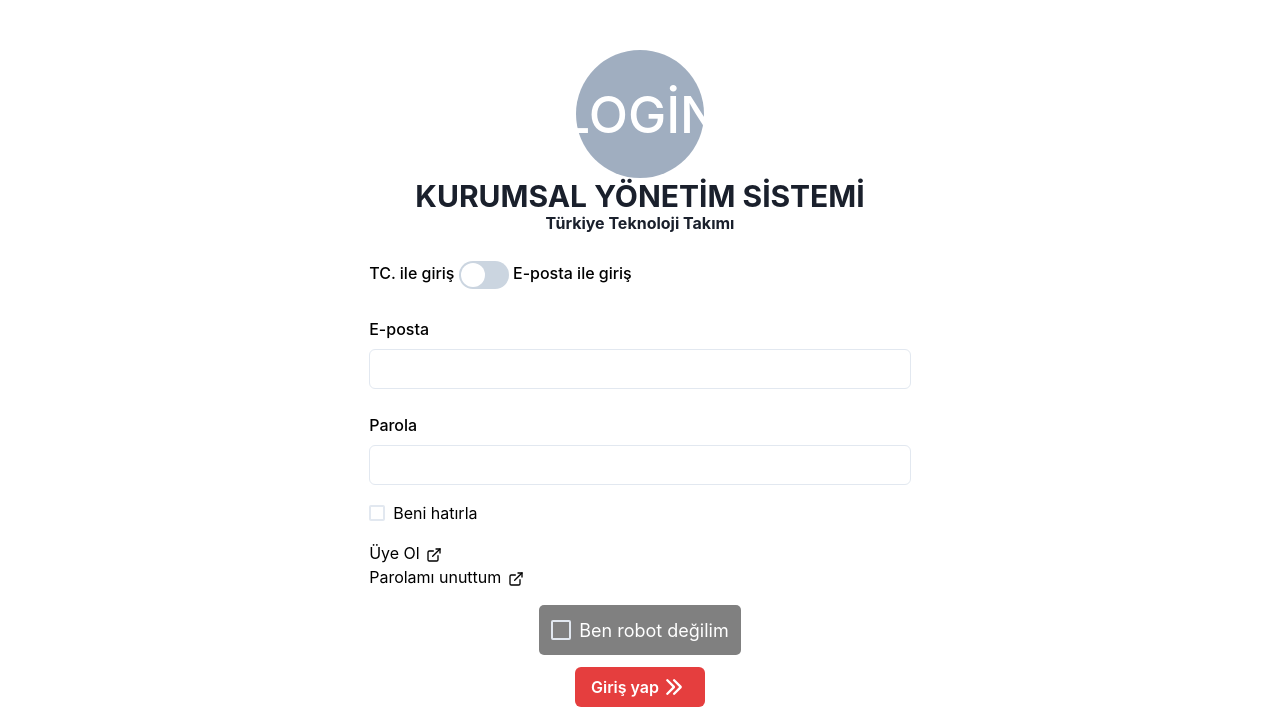
Repository: adnanyagmur/React-ChakraUI-LoginPage-Example
Page: /
These files come from the project's save history. The page is drawn as it stood at one moment and after the next save; the edit follows.
The browser window is 1280 px wide. The pictures show the whole page.
The project was rebuilt for these pictures with package versions that can differ from the ones it lists, and the page was loaded fresh each time. Also part of the build but not shown: src/pages/RegisterPage.js.

Above is the page before, as saved 2022-07-01 09:30:58.

After the next save:
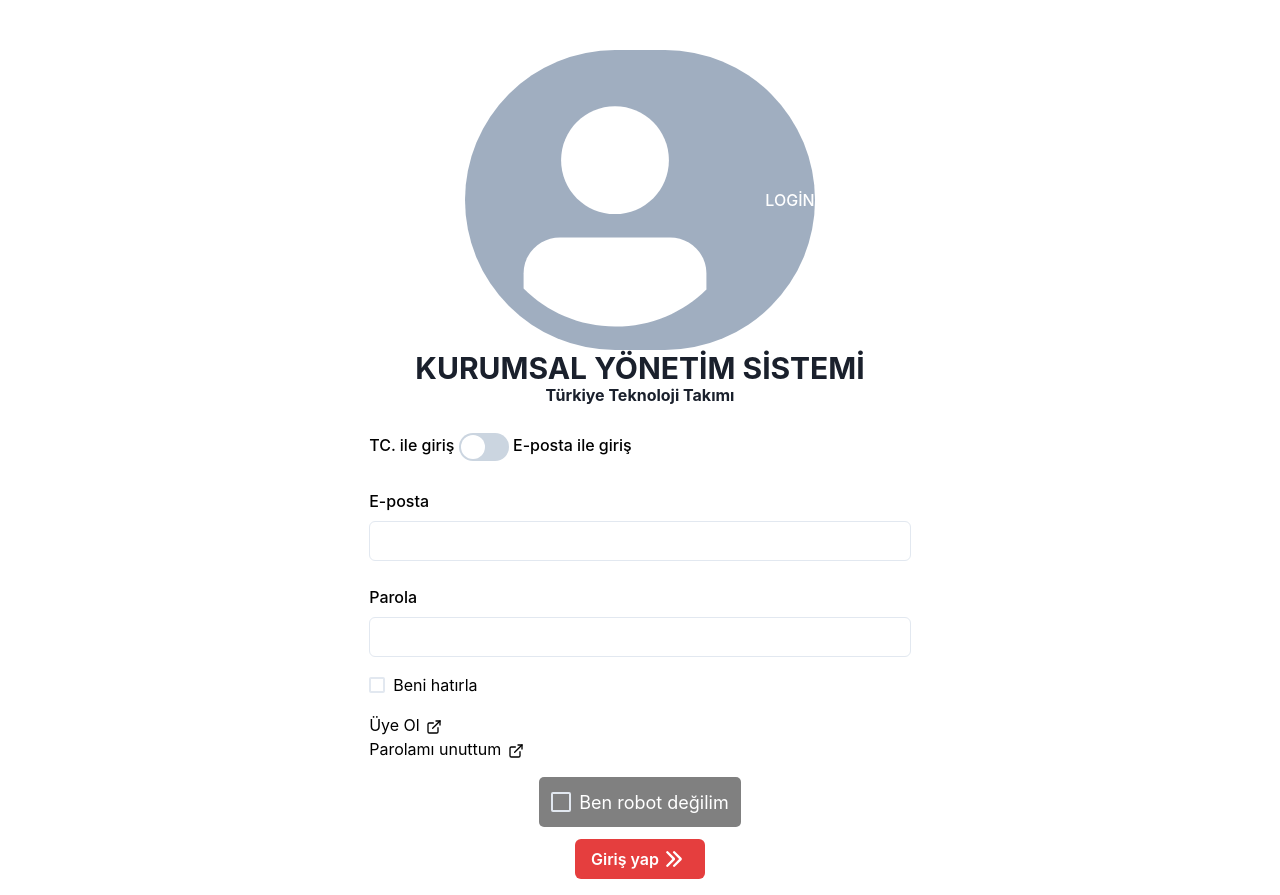
Saved 8 s later.
--- a/src/pages/LoginPage.js
+++ b/src/pages/LoginPage.js
@@ -19,7 +19,7 @@
                         <SimpleGrid>
                             <Box >
                                <Center>
-                                    <Avatar size='2xl' >LOGİN</Avatar>
+                                    <Avatar size='3xl' >LOGİN</Avatar>
                                     </Center>
 
                             </Box>

After the save that followed:
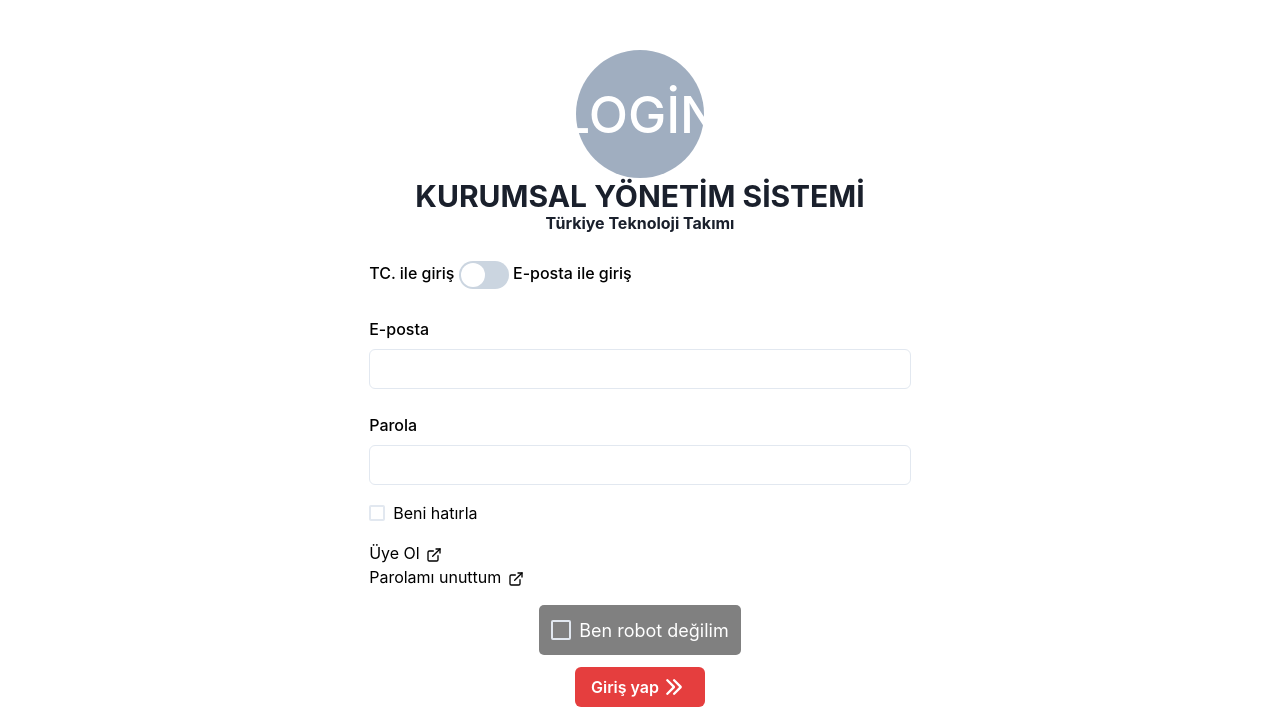
Saved 7 s later.
--- a/src/pages/LoginPage.js
+++ b/src/pages/LoginPage.js
@@ -19,7 +19,7 @@
                         <SimpleGrid>
                             <Box >
                                <Center>
-                                    <Avatar size='3xl' >LOGİN</Avatar>
+                                    <Avatar size='2xl' >LOGİN</Avatar>
                                     </Center>
 
                             </Box>
